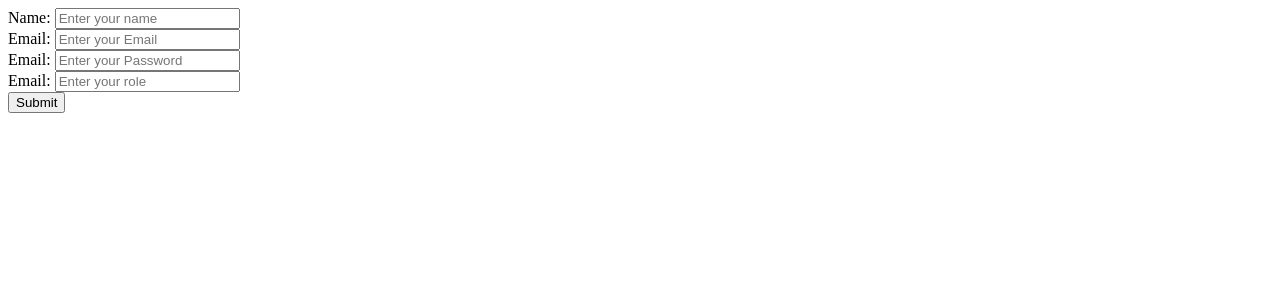
Repository: bharathabhi46/SkillSync-FrontEnd
Page: /
These files come from the project's save history. The page is drawn as it stood at one moment and after the next save; the edit follows.
The browser window is 1280 px wide. The pictures show the whole page.
The project was rebuilt for these pictures with package versions that can differ from the ones it lists, and the page was loaded fresh each time. Also part of the build but not shown: vite.config.js.

Above is the page before, as saved 2025-06-04 15:50:54.

### src/App.jsx
import React from "react";
import CreateUser from "./Components/CreateUser/CreateUser";

const App = () => {
  return <CreateUser />;
};

export default App;

### src/Components/CreateUser/CreateUser.jsx
import React, { useState } from "react";

const CreateUser = () => {
  //   let [user, setUser] = useState("");
  let [users, setUsers] = useState([]);
  return (
    <form>
      <label>Name: </label>
      <input type="text" name="name" id="name" placeholder="Enter your name" />
      <br />
      <label>Email: </label>
      <input
        type="email"
        name="email"
        id="email"
        placeholder="Enter your Email"
      />
      <br />
      <label>Email: </label>

      <input
        type="password"
        name="password"
        id="password"
        placeholder="Enter your Password"
      />
      <br />
      <label>Email: </label>

      <input type="text" name="role" id="role" placeholder="Enter your role" />
      <br />
      <button>Submit</button>
    </form>
  );
};

export default CreateUser;

Loaded but not shown: index.html (common file); src/main.jsx (common file)

After the next save:
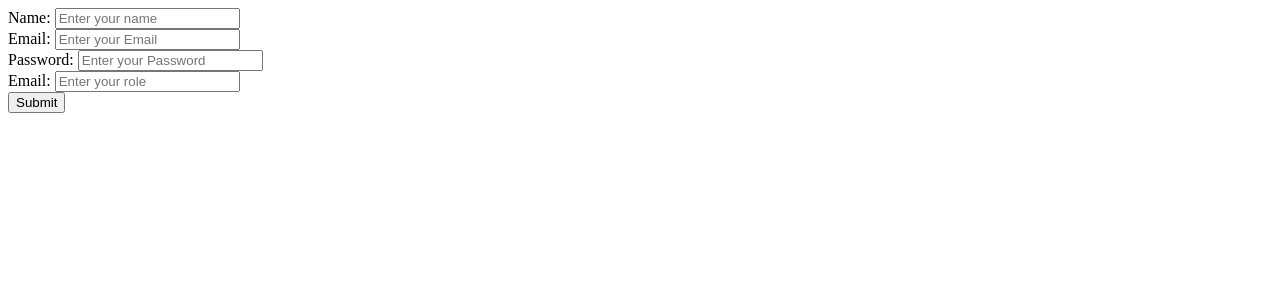
Saved 6 s later.
--- a/src/Components/CreateUser/CreateUser.jsx
+++ b/src/Components/CreateUser/CreateUser.jsx
@@ -16,7 +16,7 @@ const CreateUser = () => {
         placeholder="Enter your Email"
       />
       <br />
-      <label>Email: </label>
+      <label>Password: </label>
 
       <input
         type="password"
